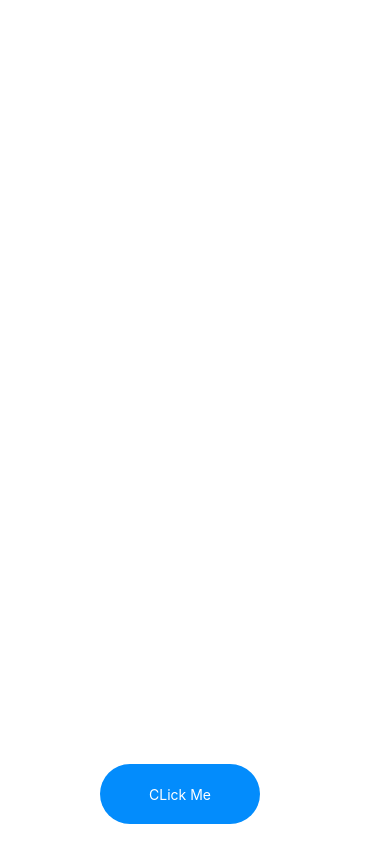
Repository: CodeBunny786/React-Native-Reveal-Animation
Screen: /
These files come from the project's save history. The screen is drawn as it stood at one moment and after the next save; the edit follows.
The app was drawn by React Native's web renderer in a window 390 px wide. The project was rebuilt for these pictures with package versions that can differ from the ones it lists, and the page was loaded fresh each time.

Above is the screen before, as saved 2019-10-28 11:59:58.

### App.js
import React, { Component } from "react";
import { StyleSheet, View, Animated, Text, TouchableWithoutFeedback } from "react-native";

// import { MaterialCommunityIcons as Icon } from "@expo/vector-icons";

export default class animations extends Component {
  state = {
    animation: new Animated.Value(0),
  };
  toggleOpen = () => {
    if (this._open) {
      Animated.timing(this.state.animation, {
        toValue: 0,
        duration: 800,
      }).start();
    } else {
      Animated.timing(this.state.animation, {
        toValue: 1,
        duration: 800,
      }).start();
    }
    this._open = !this._open;
  };
  render() {
    const scaleInterpolate = this.state.animation.interpolate({
      inputRange: [0, 1],
      outputRange: [0, 30],
    });

    const bgStyle = {
      transform: [
        {
          scale: scaleInterpolate,
        },
      ],
    };
    return (
      <View style={styles.container}>
        <Animated.View style={[styles.background, bgStyle]} >

        </Animated.View>

        <TouchableWithoutFeedback onPress={this.toggleOpen}>
          <View style={[styles.button, styles.pay]}>

            <Text style={styles.payText}>CLick Me</Text>
          </View>
        </TouchableWithoutFeedback>
      </View>
    );
  }
}

const styles = StyleSheet.create({
  container: {
    flex: 1,
  },
  background: {
    backgroundColor: "#038cfc",
    position: "absolute",
    width: 60,
    height: 60,
    bottom: 20,
     right: 20,
     left:100,
    borderRadius: 30,
  },
  button: {
    width: 160,
    height: 60,
    alignItems: "center",
    justifyContent: "center",
    shadowColor: "blue",
    shadowOpacity: .2,
    shadowOffset: { x: 2, y: 0 },
    shadowRadius: 12,
    borderRadius: 30,
    position: "absolute",
    bottom: 20,
    // right: 20,
    right: 20,
     left:100,
  },
  other: {
    backgroundColor: "#FFF",
  },
  payText: {
    color: "#FFF",
  },
  pay: {
    backgroundColor: "#038cfc",
  },
  label: {
    color: "#FFF",
    position: "absolute",
    fontSize: 18,
    backgroundColor: "transparent",
  },
});

After the next save:
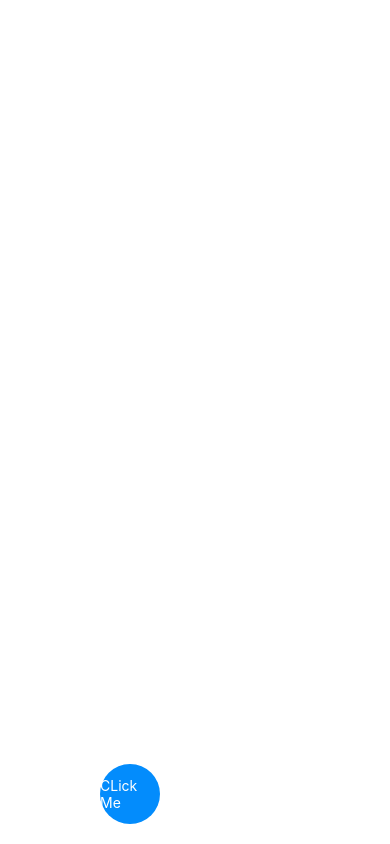
Saved 16 s later.
--- a/App.js
+++ b/App.js
@@ -66,7 +66,7 @@ const styles = StyleSheet.create({
     borderRadius: 30,
   },
   button: {
-    width: 160,
+    width: 60,
     height: 60,
     alignItems: "center",
     justifyContent: "center",
